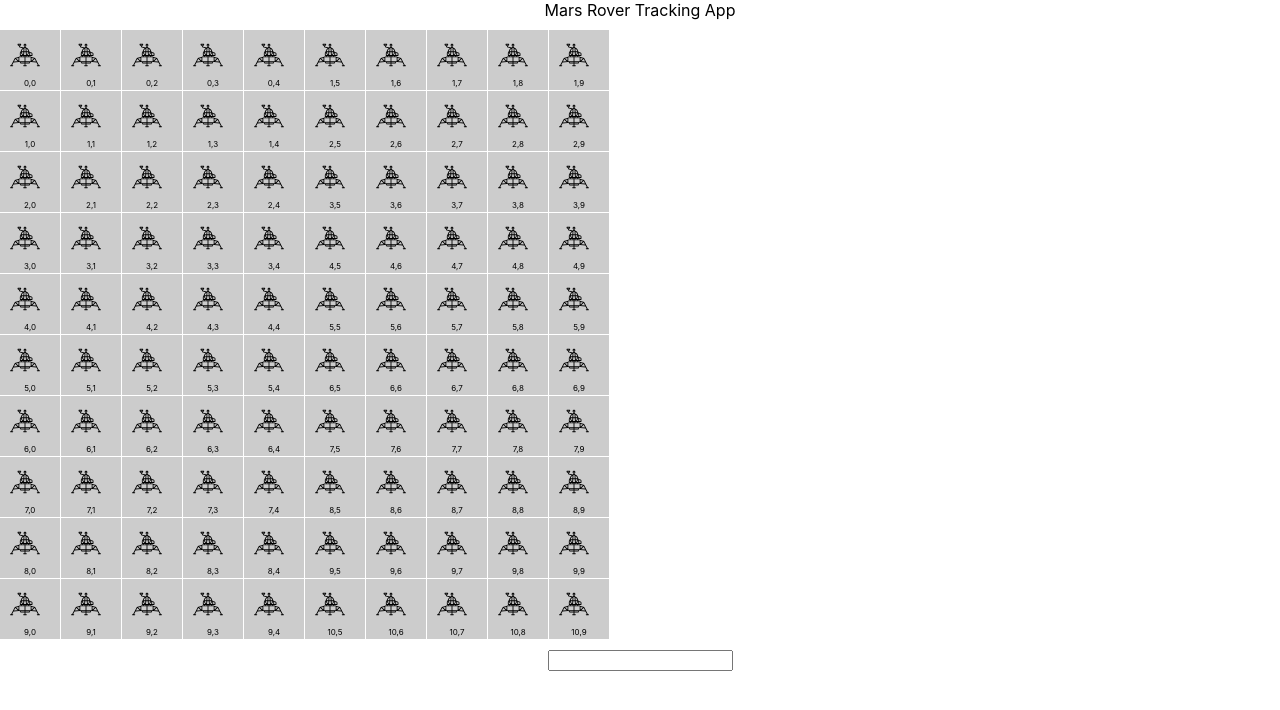
Repository: madhurisandbhor/Rover-Tracking-App
Page: /
These files come from the project's save history. The page is drawn as it stood at one moment and after the next save; the edit follows.
The browser window is 1280 px wide. The pictures show the whole page.
The project was rebuilt for these pictures with package versions that can differ from the ones it lists, and the page was loaded fresh each time.

Above is the page before, as saved 2021-09-06 18:34:59.

After the next save:
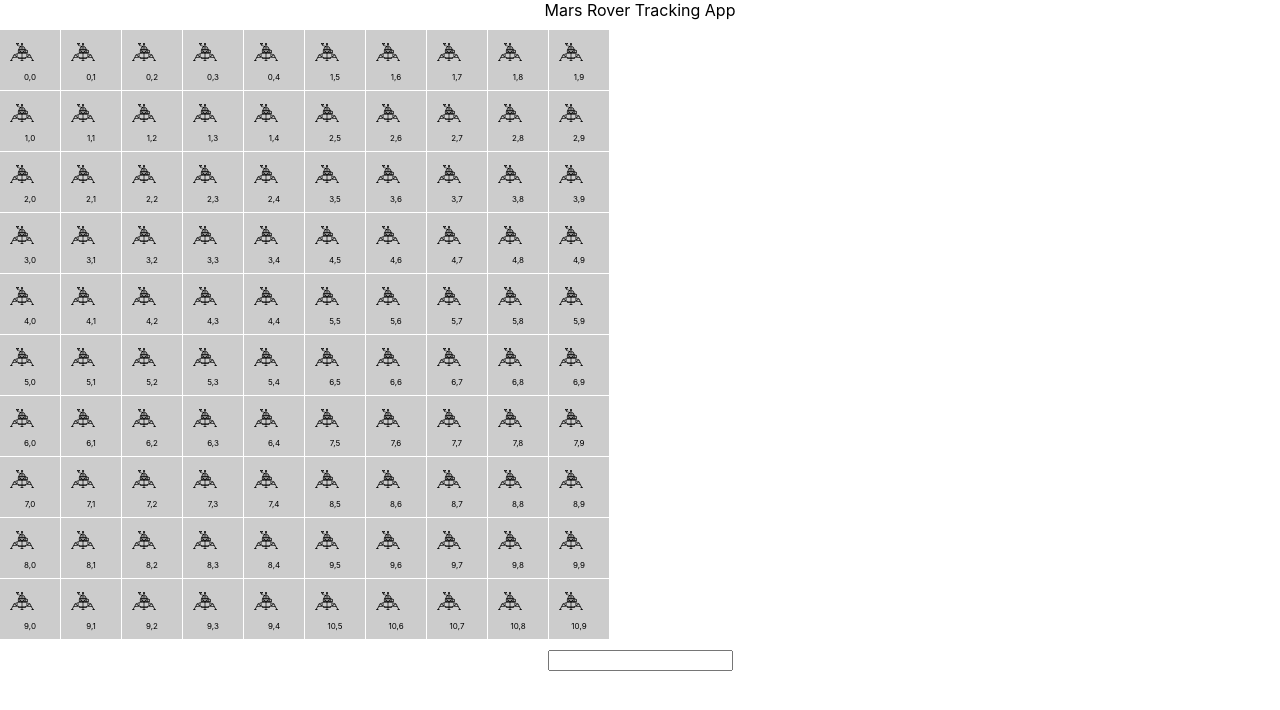
Saved 12 s later.
--- a/src/Grid.jsx
+++ b/src/Grid.jsx
@@ -22,8 +22,8 @@ const itemSpan = {
 }
 
 const roverImg = {
-  width: '30px',
-  height: '30px',
+  width: '24px',
+  height: '24px',
   alignText: 'center',
 }
 
